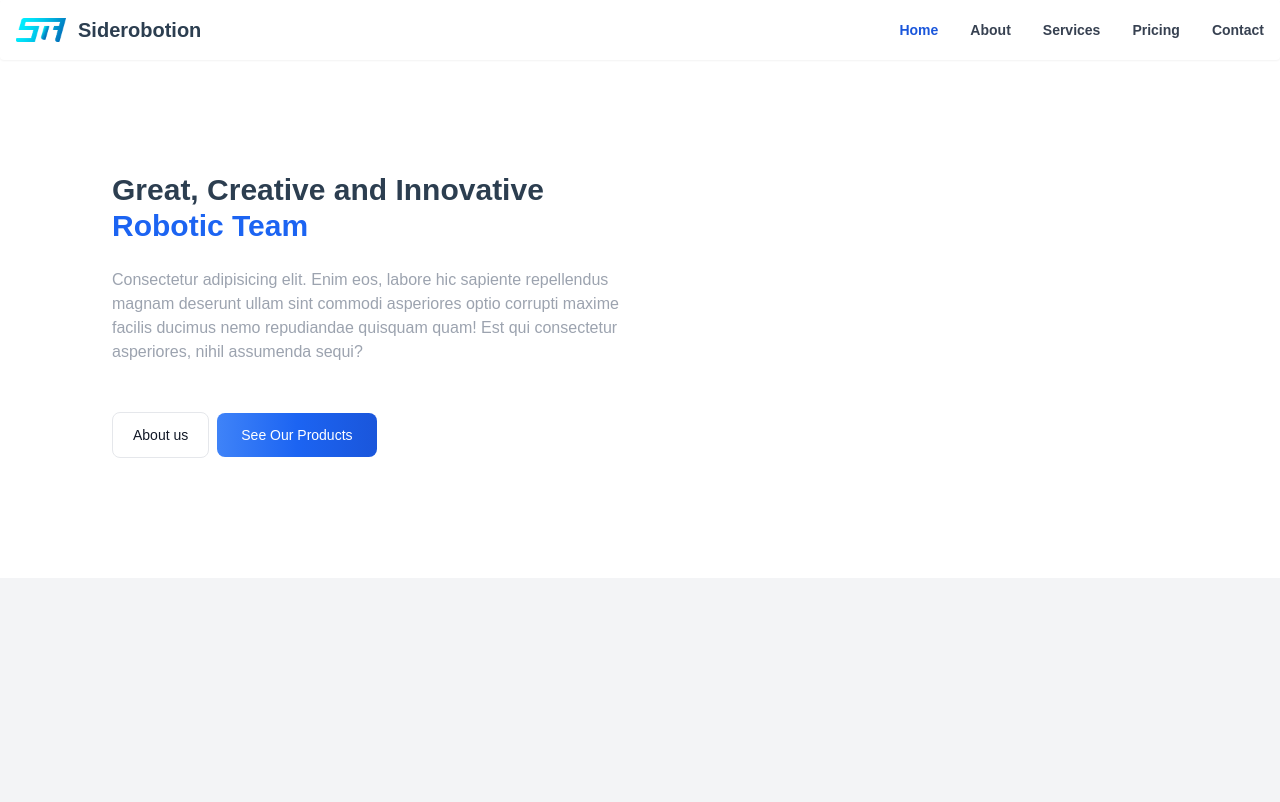
Repository: khulqu15/siderobotion
Page: /
An editor plug-in stored every save of this project. The page is shown before and after the next save, followed by the edit.
The browser window is 1280 px wide. The pictures show the whole page.
The project was rebuilt for these pictures with package versions that can differ from the ones it lists, and the page was loaded fresh each time. Also part of the build but not shown: vue.config.js.

Above is the page before, as saved 2022-06-12 02:20:48.

### src/main.js
import { createApp } from 'vue'
import App from './App.vue'
import './registerServiceWorker'
import router from './router'
import store from './store'
import 'flowbite'
import './index.css'

createApp(App)
  .use(store)
  .use(router)
  .mount('#app')

### src/index.css
@tailwind base;
@tailwind components;
@tailwind utilities;
@import url('https://fonts.googleapis.com/css2?family=Poppins:ital,wght@0,100;0,200;0,300;0,400;0,500;0,600;0,700;0,800;0,900;1,100;1,200;1,300;1,400;1,500;1,600;1,700;1,800;1,900&display=swap');

* {
  font-family: 'Poppins', sans-serif !important;
}

### src/views/HomeView.vue
<template>

  <web-layout>
    <div class="p-28 grid grid-cols-2 gap-4">
      <div class="text-start">
        <h1 class="text-3xl font-semibold">Great, Creative and Innovative <span class="text-blue-600">Robotic Team</span> </h1>
        <p class="text-gray-400 mt-6 mb-12">Consectetur adipisicing elit. Enim eos, labore hic sapiente repellendus magnam deserunt ullam sint commodi asperiores optio corrupti maxime facilis ducimus nemo repudiandae quisquam quam! Est qui consectetur asperiores, nihil assumenda sequi?</p>
        <button type="button" class="py-3 px-5 mr-2 mb-2 text-sm font-medium text-gray-900 focus:outline-none bg-white rounded-lg border border-gray-200 hover:bg-gray-100 hover:text-blue-700 focus:z-10 focus:ring-4 focus:ring-gray-200">About us</button>
        <button type="button" class="text-white bg-gradient-to-r from-blue-500 via-blue-600 to-blue-700 hover:bg-gradient-to-br focus:ring-4 focus:outline-none focus:ring-blue-300 dark:focus:ring-blue-800 font-medium rounded-lg text-sm px-6 py-3 text-center mr-2 mb-2">See Our Products</button>
      </div>
    </div>

    <div class="p-28 bg-gray-100">
      <div class="text-start">

      </div>
    </div>
  </web-layout>

</template>

<script>
import WebLayout from '@/layouts/WebLayout.vue'
export default {
  name: 'HomeView',
  components: {
    WebLayout
  }
}
</script>

### src/layouts/WebLayout.vue
<template>
  <div id="app-web">
    <div id="nav">
      <navigation-header/>
    </div>
    <div id="body-content">
      <slot id="content"></slot>
    </div>
  </div>
</template>

<script>
import NavigationHeader from '@/components/NavigationHeader.vue'
export default {
  components: {
    NavigationHeader
  }
}
</script>

### src/components/NavigationHeader.vue
<template>
  <div>
    <nav class="bg-white border-gray-200 px-2 sm:px-4 py-4 shadow-sm rounded dark:bg-gray-800">
      <div class="container flex flex-wrap justify-between items-center mx-auto">
        <a href="/" class="flex items-center">
          <img :src="require('@/assets/logo.webp')" class="mr-3 h-4 sm:h-6" alt="Siderobotion Logo">
          <span class="self-center text-xl font-semibold whitespace-nowrap dark:text-white">Siderobotion</span>
        </a>
        <button data-collapse-toggle="mobile-menu" type="button" class="inline-flex items-center p-2 ml-3 text-sm text-gray-500 rounded-lg md:hidden hover:bg-gray-100 focus:outline-none focus:ring-2 focus:ring-gray-200 dark:text-gray-400 dark:hover:bg-gray-700 dark:focus:ring-gray-600" aria-controls="mobile-menu" aria-expanded="false">
          <span class="sr-only">Open main menu</span>
          <svg class="w-6 h-6" fill="currentColor" viewBox="0 0 20 20" xmlns="http://www.w3.org/2000/svg"><path fill-rule="evenodd" d="M3 5a1 1 0 011-1h12a1 1 0 110 2H4a1 1 0 01-1-1zM3 10a1 1 0 011-1h12a1 1 0 110 2H4a1 1 0 01-1-1zM3 15a1 1 0 011-1h12a1 1 0 110 2H4a1 1 0 01-1-1z" clip-rule="evenodd"></path></svg>
          <svg class="hidden w-6 h-6" fill="currentColor" viewBox="0 0 20 20" xmlns="http://www.w3.org/2000/svg"><path fill-rule="evenodd" d="M4.293 4.293a1 1 0 011.414 0L10 8.586l4.293-4.293a1 1 0 111.414 1.414L11.414 10l4.293 4.293a1 1 0 01-1.414 1.414L10 11.414l-4.293 4.293a1 1 0 01-1.414-1.414L8.586 10 4.293 5.707a1 1 0 010-1.414z" clip-rule="evenodd"></path></svg>
        </button>
        <div class="hidden w-full md:block md:w-auto" id="mobile-menu">
          <ul class="flex flex-col mt-4 md:flex-row md:space-x-8 md:mt-0 md:text-sm md:font-medium">
            <li>
              <a href="#" class="block py-2 pr-4 pl-3 text-white bg-blue-700 rounded md:bg-transparent md:text-blue-700 md:p-0 dark:text-white" aria-current="page">Home</a>
            </li>
            <li>
              <a href="#" class="block py-2 pr-4 pl-3 text-gray-700 border-b border-gray-100 hover:bg-gray-50 md:hover:bg-transparent md:border-0 md:hover:text-blue-700 md:p-0 dark:text-gray-400 md:dark:hover:text-white dark:hover:bg-gray-700 dark:hover:text-white md:dark:hover:bg-transparent dark:border-gray-700">About</a>
            </li>
            <li>
              <a href="#" class="block py-2 pr-4 pl-3 text-gray-700 border-b border-gray-100 hover:bg-gray-50 md:hover:bg-transparent md:border-0 md:hover:text-blue-700 md:p-0 dark:text-gray-400 md:dark:hover:text-white dark:hover:bg-gray-700 dark:hover:text-white md:dark:hover:bg-transparent dark:border-gray-700">Services</a>
            </li>
            <li>
              <a href="#" class="block py-2 pr-4 pl-3 text-gray-700 border-b border-gray-100 hover:bg-gray-50 md:hover:bg-transparent md:border-0 md:hover:text-blue-700 md:p-0 dark:text-gray-400 md:dark:hover:text-white dark:hover:bg-gray-700 dark:hover:text-white md:dark:hover:bg-transparent dark:border-gray-700">Pricing</a>
            </li>
            <li>
              <a href="#" class="block py-2 pr-4 pl-3 text-gray-700 hover:bg-gray-50 md:hover:bg-transparent md:border-0 md:hover:text-blue-700 md:p-0 dark:text-gray-400 md:dark:hover:text-white dark:hover:bg-gray-700 dark:hover:text-white md:dark:hover:bg-transparent">Contact</a>
            </li>
          </ul>
        </div>
      </div>
    </nav>

  </div>
</template>

### tailwind.config.js
module.exports = {

  content: [
    "./index.html",
    "./src/**/*.{vue,js,ts,jsx,tsx}",
    "./node_modules/flowbite/**/*.js",
  ],
  theme: {
    extend: {},
  },
  plugins: [
    require('flowbite/plugin')
  ]

}

Loaded but not shown: public/index.html (common file); src/App.vue (common file); src/registerServiceWorker.js (common file); src/router/index.js (common file); src/store/index.js (common file)

After the next save:
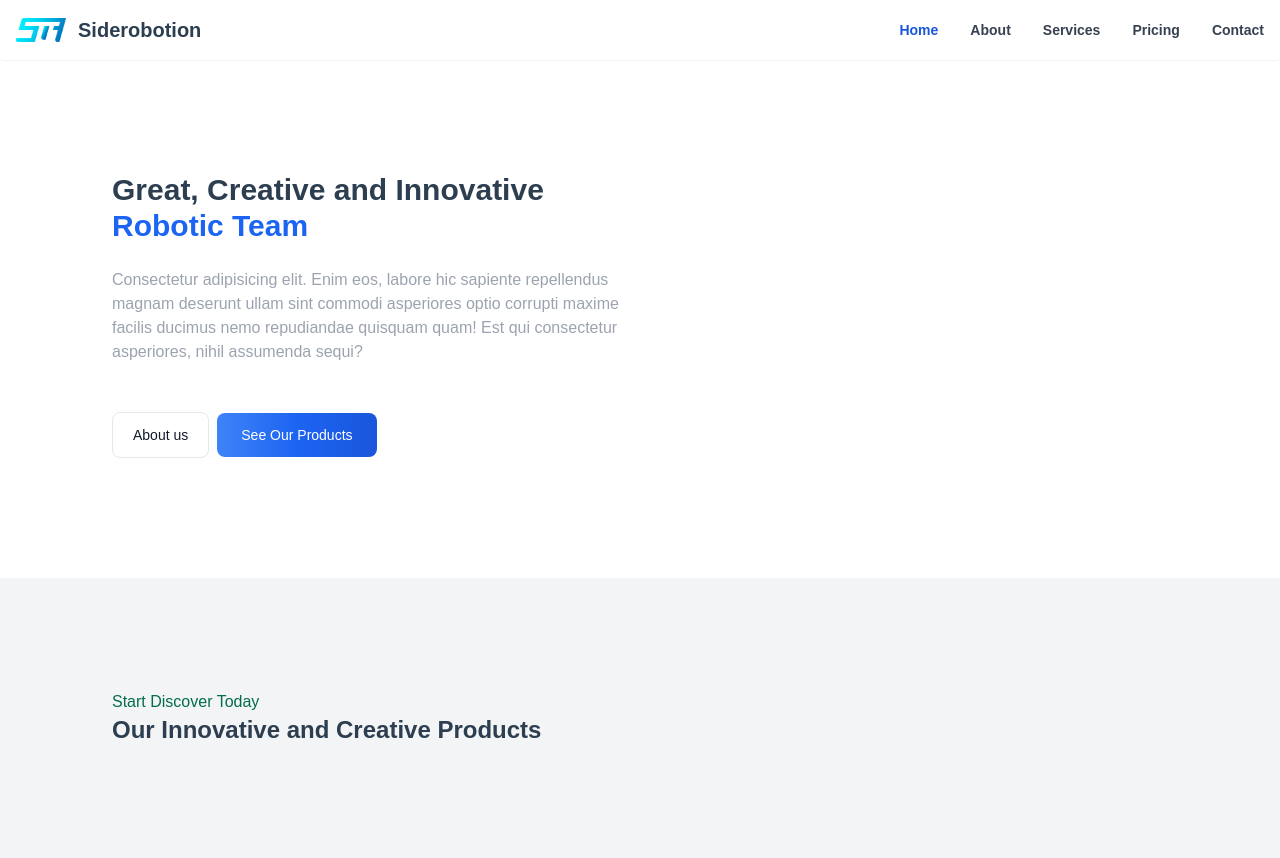
Saved 2 min 1 s later.
--- a/src/views/HomeView.vue
+++ b/src/views/HomeView.vue
@@ -12,7 +12,8 @@
 
     <div class="p-28 bg-gray-100">
       <div class="text-start">
-
+        <p class="text-green-700">Start Discover Today</p>
+        <h1 class="text-2xl font-semibold">Our Innovative and Creative Products</h1>
       </div>
     </div>
   </web-layout>
